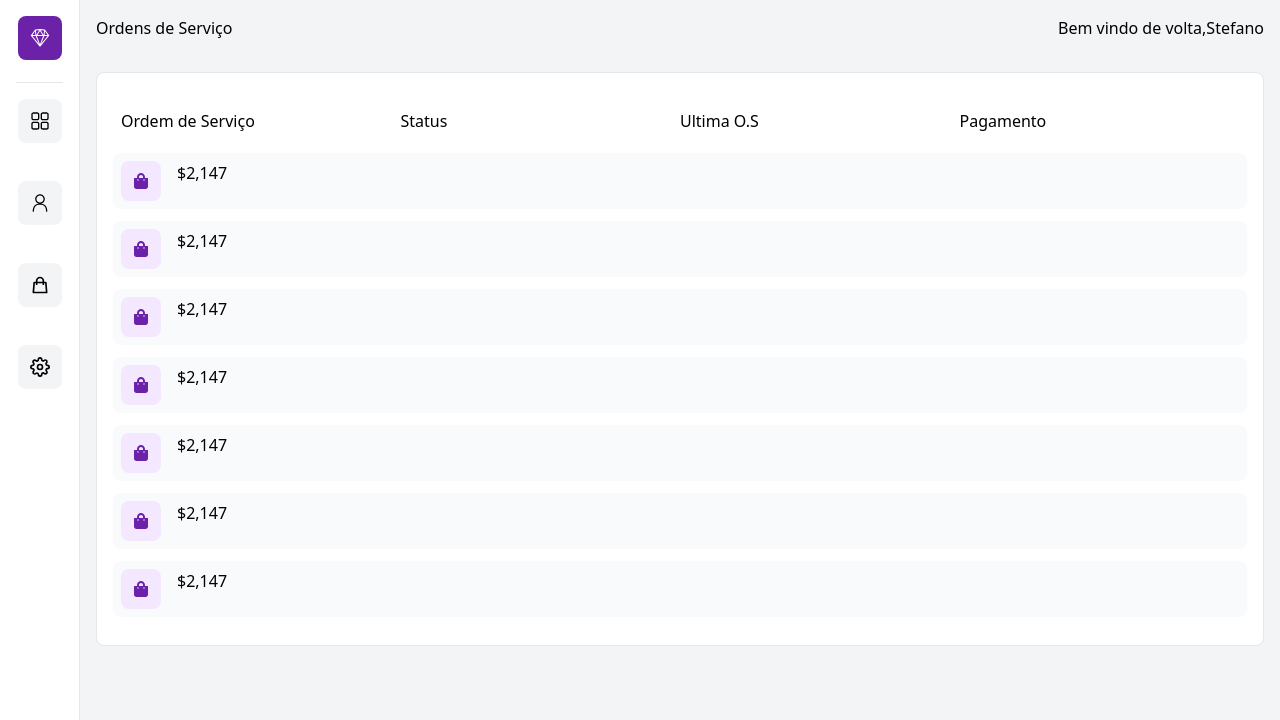
Repository: stefanosousaa/dashboard-next13
Page: /orders
An editor plug-in stored every save of this project. The page is shown before and after the next save, followed by the edit.
The browser window is 1280 px wide. The pictures show the whole page.
The project was rebuilt for these pictures with package versions that can differ from the ones it lists, and the page was loaded fresh each time. The framework's server and built-in components were replaced by stand-ins that run in the browser. Also part of the build but not shown: next.config.js.

Above is the page before, as saved 2023-05-18 18:31:29.

### pages/_app.js
import Sidebar from '@/components/Sidebar'
import '@/styles/globals.css'

export default function App({ Component, pageProps }) {
  return (
    <Sidebar>
        <Component {...pageProps} />
    </Sidebar>

  )
}

### pages/orders.jsx
import React from 'react'
import { FaShoppingBag } from 'react-icons/fa'
import {data} from '../data/data.js'

const orders = () => {
  return (
    <div className='bg-gray-100 min-h-screen'>
        <div className='flex justify-between p-4'>
            <h2>Ordens de Serviço</h2>
            <h2>Bem vindo de volta,Stefano</h2>
        </div>
        <div className='p-4'>
            <div className='w-full m-auto p-4 border rounded-lg bg-white overflow-y-auto'>
              <div className='my-3 p-2 grid md:grid-cols-4 sm:grid-cols-3 grid-cols-2 items-center justify-between cursor-pointer'>
                <span>Ordem de Serviço</span>
                <span className='sm:text-left text-right'>Status</span>
                <span className='hidden md:grid'>Ultima O.S</span>
                <span className='hidden sm:grid'>Pagamento</span>
              </div>
              <ul>
                {data.map((order,id) => (
                    <li key={id} className='bg-gray-50 hover:bg-gray-100 rounded-lg my-3 p-2 grid md:grid-cols-4 sm:grid-cols-3 grid-cols-2 items-center justify-between cursor-pointer'>
                      <div className='flex'>
                          <div className='bg-purple-100 p-3 rounded-lg'>
                             <FaShoppingBag className='text-purple-800'/>
                           </div>
                        <div className='pl-4'>
                            <p>${order.total.toLocaleString()}</p>
                        </div>
                        </div>


                    </li>
                ))}
              </ul>
            </div>
        </div>
    </div>
  )
}

export default orders

### components/Sidebar.jsx
import Link from 'next/link'
import Image from 'next/image'
import React from 'react'
import {RxSketchLogo,RxDashboard, RxPerson} from 'react-icons/rx'
import {FiSettings} from 'react-icons/fi'
import {HiOutlineShoppingBag} from 'react-icons/hi'

const Sidebar = ({children}) => {
  return (
    <div className='flex'>
        <div className='fixed w-20 h-screen p-4 bg-white border-r-[1px] flex flex-col justify-between'>
        <div className='flex flex-col items-center'>

          <Link href='/'>
            <div className='bg-purple-800 text-white p-3 rounded-lg inline-block'>
              <RxSketchLogo size={20}/>
            </div>
          </Link>
          <span className='border-b-[1px] border-gray-200 w-full p-2'></span>
          <Link href='/'>
            <div className='bg-gray-100 hover:bg-gray-200 cursor-pointer my-4 p-3 rounded-lg inline-block'>
              <RxDashboard size={20}/>
            </div>
          </Link>
          <Link href='/costumers'>
            <div className='bg-gray-100 hover:bg-gray-200 cursor-pointer my-4 p-3 rounded-lg inline-block'>
              <RxPerson size={20}/>
            </div>
          </Link>
          <Link href='/orders'>
            <div className='bg-gray-100 hover:bg-gray-200 cursor-pointer my-4 p-3 rounded-lg inline-block'>
              <HiOutlineShoppingBag size={20}/>
            </div>
          </Link>
          <Link href='/'>
            <div className='bg-gray-100 hover:bg-gray-200 cursor-pointer my-4 p-3 rounded-lg inline-block'>
              <FiSettings size={20}/>
            </div>
          </Link>
        </div>
        </div>

        <main className='ml-20 w-full'>{children}</main>
    </div>
  )
}

export default Sidebar

### data/data.js
export const data = [
    {
        id:1,
        name: {
            first: 'Stefano',
            last: 'Sousa',
        },
        total: 2147.00,
        status: 'On Hold',
        method: 'PayPal',
        date: '15 minutos atrás',
    },
    {
        id:2,
        name: {
            first: 'Stefano',
            last: 'Sousa',
        },
        total: 2147.00,
        status: 'On Hold',
        method: 'PayPal',
        date: '15 minutos atrás',
    },
    {
        id:3,
        name: {
            first: 'Stefano',
            last: 'Sousa',
        },
        total: 2147.00,
        status: 'On Hold',
        method: 'PayPal',
        date: '15 minutos atrás',
    },
    {
        id:4,
        name: {
            first: 'Stefano',
            last: 'Sousa',
        },
        total: 2147.00,
        status: 'On Hold',
        method: 'PayPal',
        date: '15 minutos atrás',
    },
    {
        id:5,
        name: {
            first: 'Stefano',
            last: 'Sousa',
        },
        total: 2147.00,
        status: 'On Hold',
        method: 'PayPal',
        date: '15 minutos atrás',
    },
    {
        id:6,
        name: {
            first: 'Stefano',
            last: 'Sousa',
        },
        total: 2147.00,
        status: 'On Hold',
        method: 'PayPal',
        date: '15 minutos atrás',
    },
    {
        id:7,
        name: {
            first: 'Stefano',
            last: 'Sousa',
        },
        total: 2147.00,
        status: 'On Hold',
        method: 'PayPal',
        date: '15 minutos atrás',
    },
]

Loaded but not shown: pages/_document.js (common file); styles/globals.css (common file); tailwind.config.js (common file)

After the next save:
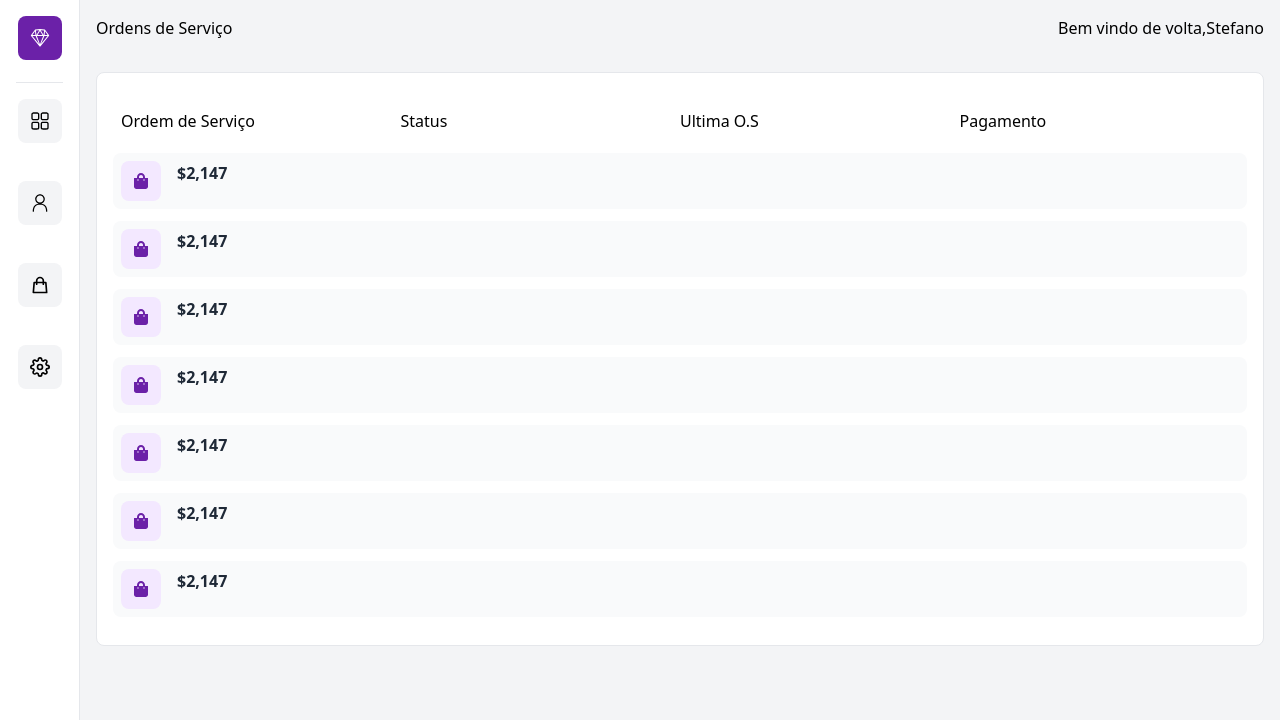
Saved 34 s later.
--- a/pages/orders.jsx
+++ b/pages/orders.jsx
@@ -25,7 +25,7 @@ const orders = () => {
                              <FaShoppingBag className='text-purple-800'/>
                            </div>
                         <div className='pl-4'>
-                            <p>${order.total.toLocaleString()}</p>
+                            <p className='text-gray-800 font-bold'>${order.total.toLocaleString()}</p>
                         </div>
                         </div>
 
